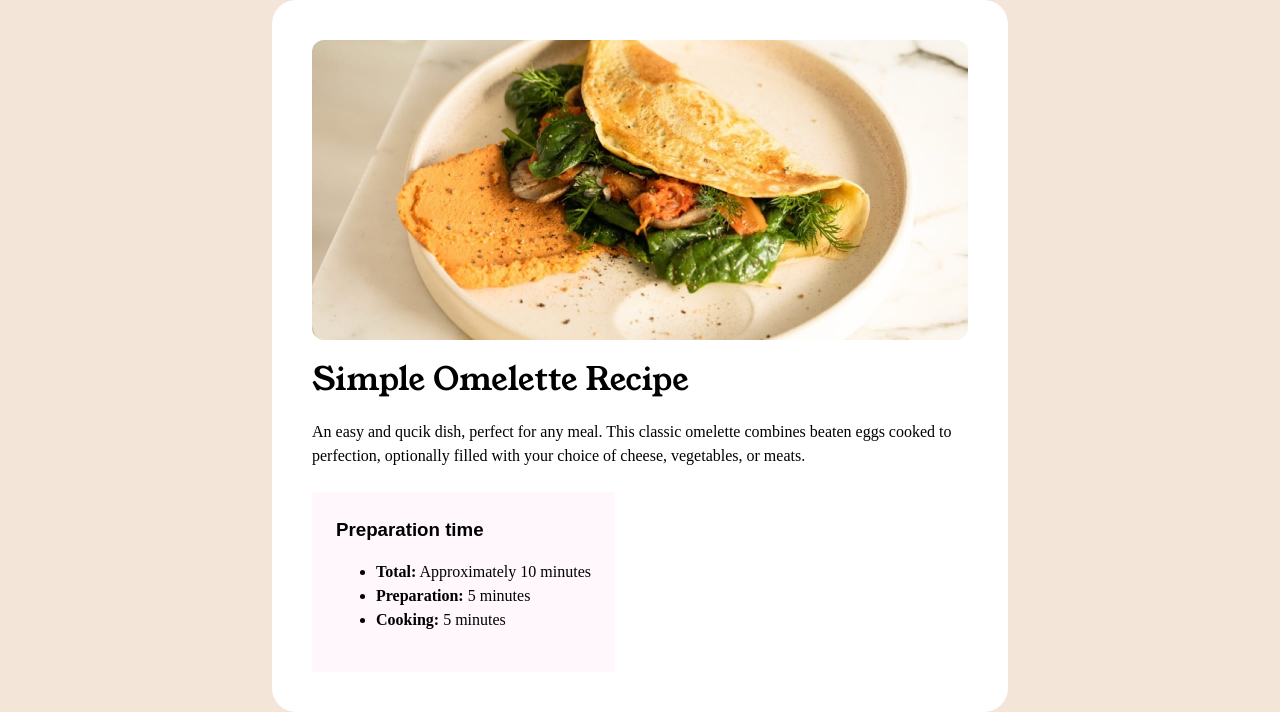
Repository: brandontaylor1/recipe-page
Page: index.html
The author's editor kept a copy of each file at every save. The page is drawn from the files as they stood at one save, then again after the next save.
The browser window is 1280 px wide. The pictures show the whole page.

Above is the page before, as saved 2024-12-28 21:58:50.

### index.html
<!DOCTYPE html>
<html lang="en">
<head>
    <meta charset="UTF-8">
    <meta name="viewport" content="width=device-width, initial-scale=1.0">
    <link rel="preconnect" href="https://fonts.googleapis.com">
    <link rel="preconnect" href="https://fonts.gstatic.com" crossorigin>
    <link href="https://fonts.googleapis.com/css2?family=Outfit:wght@100..900&family=Young+Serif&display=swap" rel="stylesheet">
    <link rel="stylesheet" href="styles.css">
    <title>Recipe Page</title>
</head>
<body>
    <main class="container">
        <div class="recipe-card">
            <div class="recipe-title-content">
                <img src="./assets/images/image-omelette.jpeg" alt="recipe-image">
                <h1>Simple Omelette Recipe</h1>
                <p>An easy and qucik dish, perfect for any meal. This classic omelette combines beaten eggs cooked to perfection, optionally filled with your choice of cheese, vegetables, or meats. </p>
            </div>
            <div class="preparation-container">
                <h3>Preparation time</h3>
                <ul class="preparation-time">
                    <li><strong>Total:</strong> Approximately 10 minutes</li>
                    <li><strong>Preparation:</strong> 5 minutes</li>
                    <li><strong>Cooking:</strong> 5 minutes</li>
                </ul>
            </div>
            <div class="ingredients-container">

            </div>
            <div class="instructions-container">

            </div>
            <div class="nutrition-container">

            </div>
        </div>


    </main>



    <script src="index.js"></script>
</body>
</html>

### styles.css
*,
*::before,
*::after {
    box-sizing: border-box;
}

body,
h1,
h2,
h3,
h4,
h5,
h6,
p,
figure,
picture {
    margin: 0;
}

body {
    line-height: 1.5;
    min-height: 100vh;
}

img,
picture {
    max-width: 100%;
    display: block;
}

input,
button,
textarea,
select {
    font: inherit;
}

@media (prefers-reduced-motion: reduce) {
    *,
    *::before,
    *::after {
      animation-duration: 0.01ms !important;
      animation-iteration-count: 1 !important;
      transition-duration: 0.01ms !important;
      scroll-behavior: auto !important;
    }
  }

  /* UTILITY CLASSES */
  /* .flex{
    display: flex;
    gap: var(--gap, 1rem);
  }

  .grid {
    display: grid;
    gap: var(--gap, 1rem);
  }

  .container {
    padding: 0 2rem;
    margin: 0 auto;
    max-width: 80rem;
  }

  .sr-only {
    position: absolute;
    width: 1px;
    height: 1px;
    padding: 0;
    margin: -1px;
    overflow: hidden;
    clip: rect(0, 0, 0, 0);
    white-space: nowrap;
    border-width: 0;
  }

  .backgroundColor {
    background-color: var(--color-rose-50);
  } */




:root {
    /* COLORS */
    --color-rose-800: #7A284E;
    --color-rose-50: #FFF7FB;

    --color-stone-900: #312E2C;
    --color-stone-600: #5F564D;
    --color-stone-150: #E3DDD7;
    --color-stone-100: #F3E5D7;

    --color-brown-800: #854632;

    --color-white: #FFFFFF;
    --color-black: #000000;

    /* FONTS */
    /* @font-face {
        font-family: "YoungSerif-Regular", sans-serif;
        src: url(./fonts/YoungSerif-Regular.ttf) format('ttf');
    }

    @font-face {
        font-family: "Outfit-SemiBold", sans-serif;
        src: url(./fonts/Outfit-SemiBold.ttf) format('ttf');
    }

    @font-face {
        font-family: "Outfit-Bold", sans-serif;
        src: url(./fonts/Outfit-Bold.ttf) format('ttf');
    }

    @font-face {
        font-family: "Outfit-Regular", sans-serif;
        src: url(./fonts/Outfit-Regular.ttf) format('ttf');
    } */

    /* FONT SIZES */
    /* --fs-h1: 9.375rem;
    --fs-h2: 1.75rem;
    --fs-h3: 1.25rem;
    --fs-p: 1rem; */

}

.container {
    display: flex;
    flex-direction: column;
    align-items: center;
    justify-content: center;
    padding: 0 2rem;
    margin: 0 auto;
    max-width: 80rem;
    background-color: var(--color-stone-100);

}

.recipe-card {
    display: flex;
    flex-direction: column;
    align-items: flex-start;
    justify-content: space-between;
    width: 736px;
    padding: 40px;
    background-color: var(--color-white);
    border-radius: 24px;

}

.recipe-card img {
    width: 100%;
    border-radius: 12px;
}

.recipe-card h1 {
    padding: 1rem 0;
    font-family: "Young Serif", sans-serif;
    font-weight: 200;
}

.preparation-container {
    display: flex;
    flex-direction: column;
    align-items: flex-start;
    margin-top: 24px;
    padding: 24px;
    background-color: var(--color-rose-50);
}

.preparation-container h3 {
    font-family: "Outfit-Bold", sans-serif;
    font-weight: bold;
    color: ;
}

Loaded but not shown: index.js (common file)

After the next save:
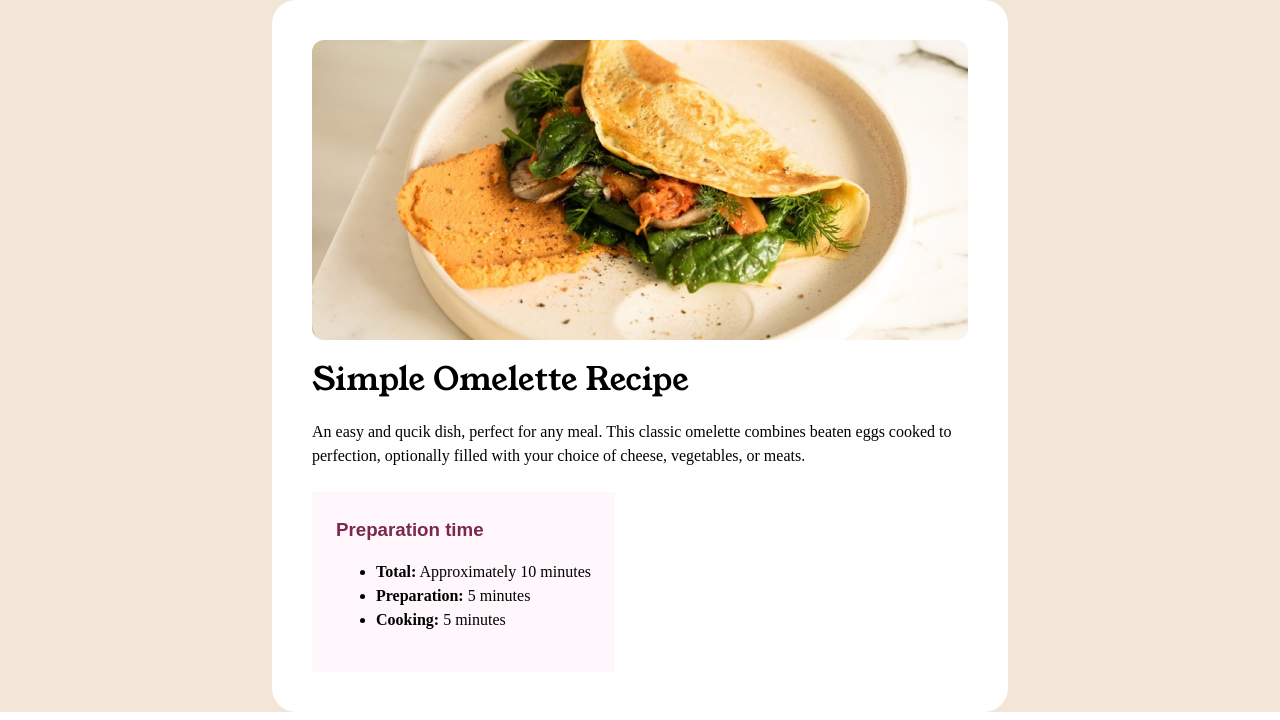
Saved 5 s later.
--- a/styles.css
+++ b/styles.css
@@ -173,5 +173,5 @@ select {
 .preparation-container h3 {
     font-family: "Outfit-Bold", sans-serif;
     font-weight: bold;
-    color: ;
+    color: var(--color-rose-800);
 }
